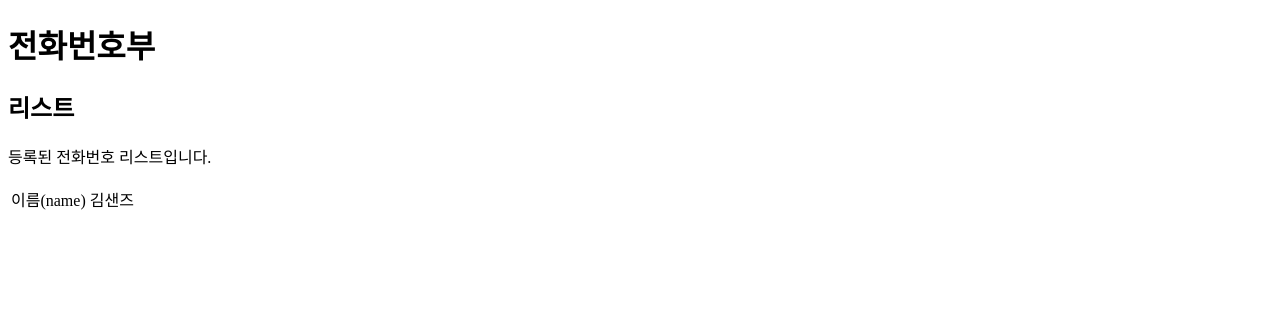
Repository: Kwonharu/workspace-web
Page: http://localhost/phonebook2/list.jsp
An editor plug-in stored every save of this project. The page is shown before and after the next save, followed by the edit.
The browser window is 1280 px wide. The pictures show the whole page.
The page is served by Tomcat 9. Other server files are loaded and not shown.

Above is the page before, as saved 2023-09-04 06:42:08.

### phonebook2/WebContent/list.jsp
<%@ page language="java" contentType="text/html; charset=UTF-8"
    pageEncoding="UTF-8"%>
<!DOCTYPE html>
<html>
<head>
<meta charset="UTF-8">
<title>Insert title here</title>
</head>
<body>

	<h1>전화번호부</h1>
	<h2>리스트</h2>

	<p>등록된 전화번호 리스트입니다.</p>

	<table>
		<tr>
			<td>이름(name)</td><td>김샌즈</td>
		</tr>
	</table>


</body>
</html>

After the next save:
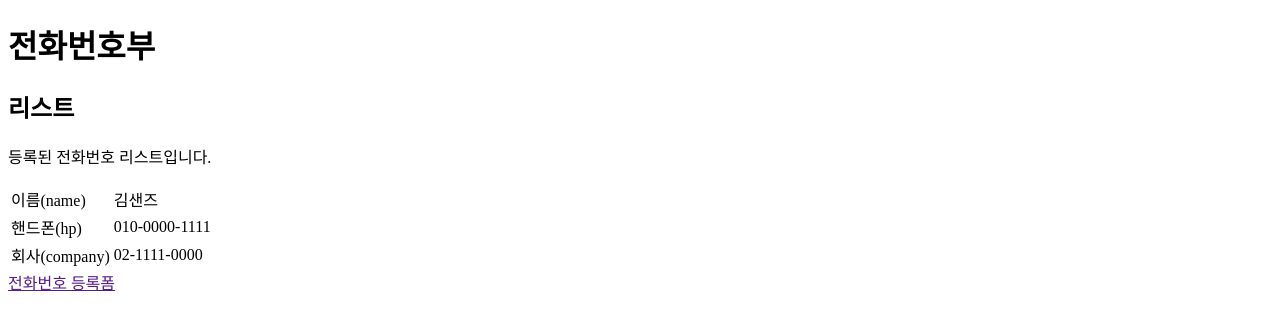
Saved 63 s later.
--- a/phonebook2/WebContent/list.jsp
+++ b/phonebook2/WebContent/list.jsp
@@ -17,8 +17,15 @@
 		<tr>
 			<td>이름(name)</td><td>김샌즈</td>
 		</tr>
+		<tr>
+			<td>핸드폰(hp)</td><td>010-0000-1111</td>
+		</tr>
+		<tr>
+			<td>회사(company)</td><td>02-1111-0000</td>
+		</tr>
 	</table>
 
+	<a href="">전화번호 등록폼</a>
 
 </body>
 </html>
